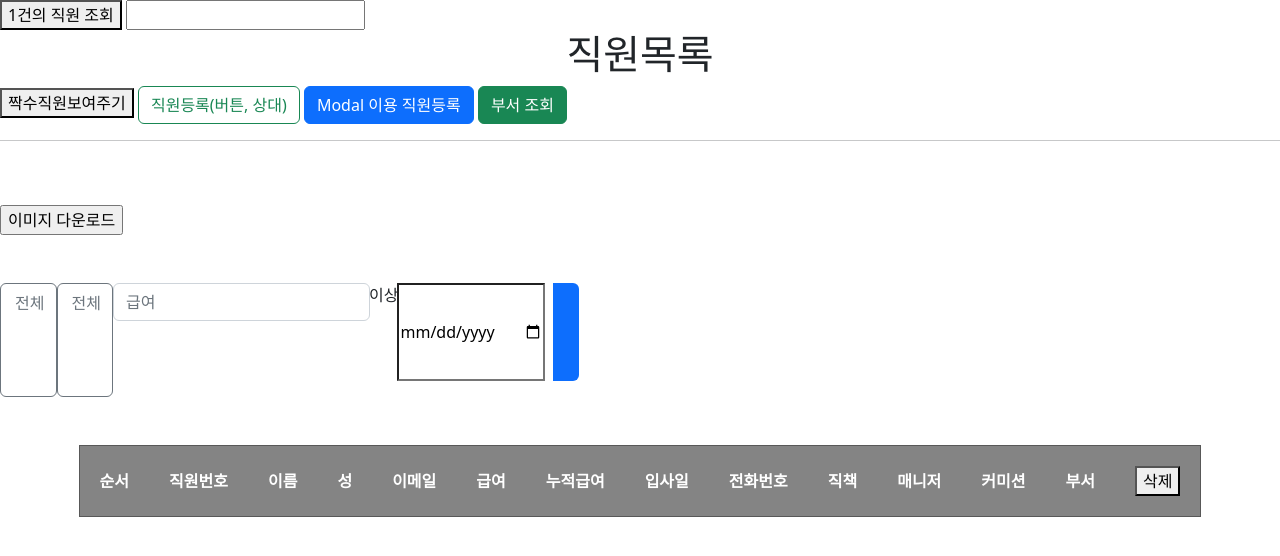
Repository: leessol/spring1
Page: http://localhost/springMVCProject/WEB-INF/views/emp/empSelect.jsp
The author's editor kept a copy of each file at every save. The page is drawn from the files as they stood at one save, then again after the next save.
The browser window is 1280 px wide. The pictures show the whole page.
The page is served by Tomcat 9. Nobody is signed in. Other server files are loaded and not shown. The template is opened directly, without the code that normally fills it, so the values that code supplies are empty.

Above is the page before, as saved 2023-05-10 05:32:03.

### springMVCProject/src/main/webapp/WEB-INF/views/emp/empSelect.jsp

<%@page import="com.shinhan.vo.EmpVO"%>
<%@page import="java.util.List"%>
<%@ page language="java" contentType="text/html; charset=UTF-8"
	pageEncoding="UTF-8"%>
<%@ taglib prefix="c" uri="http://java.sun.com/jsp/jstl/core"%>
<c:set var="path" value="${pageContext.request.contextPath }" />
<%@ taglib prefix="fmt" uri="http://java.sun.com/jsp/jstl/fmt"%>

<!-- 문자열 함수 라이브러리 사용하기 -->
<%@ taglib prefix="fn" uri="http://java.sun.com/jsp/jstl/functions"%>
<%
//자바를 다 없애야하는데 view에서 아래의 문법은 어쩔 수 없다.
//형변환 해야한다. 왜냐면 오르쪽은 그냥 object 타입이어서. (object(부모)에서 자식으로 강제 형변환)
//view이다 자바를 하면 안된다. --> 원래는 html만 있어야 한다.
//MVC1모델 servlet(controller)가 view를 안 거치고 바로 client에 뿌려주는 것이다. 이렇게 하면 안됨.
//List<EmpVO> empList = (List<EmpVO>) request.getAttribute("empAll");//request.setAttribute("empAll", emplist); 서블릿 페이지에서 세팅을 한것을 받는 것이다.
%>
<!DOCTYPE html>
<html>
<head>
<meta charset="UTF-8">
<title>Insert title here</title>

<%@ include file="../common/commonfiles.jsp"%>
<style>
#container {

}

table {
	border: 1px solid #585858;
	margin: 0 auto;
}

h1 {
	font-size: 20;
	text-align: center;
}

th, td {
	padding: 20px;
	text-align: center;
}

th {
	color: white;
}

td {
	background-color: #F2F2F2;
}

tr th {
	background-color: #848484;
}
</style>

<script>
	$(function() {
		$(".btnDel").on(
				"click",
				function() {
					console.log("Sss");
					location.href = "${path}/emp/empDelete.do?empid="
							+ $(this).attr("data-del"); //get 방식
				});
	});

	$(function() {
		$("thead tr th").click(function(e) {
			//내가 클릭한 th가 몇번째인가?
			var trNum = $(this).closest("th").prevAll().length;
			console.log(trNum);
			var a = $("tbody tr").each(function(index, item) {
				var col = $(item).find("td:nth-child(" + (trNum + 1) + ")");
				console.dir(col);
				//되돌리기(기존선택을 clear)
				$(item).find("td").css("background-color", "white");
				//신규선택의 색깔 바꾸기
				$(col).css("background-color", "orange");
			});
		});
	});

	$(function() {
		$("#my1").click(
				function() {
					$("tbody").each(
							function(index, item) {
								//$(item).css("background-color", "red");
								$(item).find("tr:nth-child(2n+1)").css(
										"background-color", "green");
								//$(item).find("td").css("background-color", "green");
							});

				});

		//#container > table > tbody > tr:nth-child(1) > td:nth-child(2)
	});
</script>
</head>
<body>
	<div id="container">

		<!-- restful 방식 연습 -->
		<button id="btn1">1건의 직원 조회</button>
		<input type="number" id="empid" />

		<h1>직원목록</h1>
		<!-- include 지시자: 합쳐서 컴파일한다. include 디렉티브는 소스를 합쳐서 컴파일한다.  -->
		<%-- <%@ include file="../common/header.jsp" %> --%>
		<!-- include action tag 이용: 컴파일하고 합침 -->

		<button id="my1">짝수직원보여주기</button>
		<button onclick="location.href='${path}/emp/empinsert.do'"
			type="button" class="btn btn-outline-success">직원등록(버튼, 상대)</button>
		<button type="button" class="btn btn-primary" data-bs-toggle="modal"
			data-bs-target="#exampleModal" data-bs-whatever="@mdo">Modal
			이용 직원등록</button>
		<button onclick="location.href='/dept/deptList.do'" type="button"
			class="btn btn-success">부서 조회</button>

		<hr>

		<form method="post" action="${path }/downloadTest/result.jsp">
			<!-- 이름이 가는 것이다.  -->
			<input type=hidden name="param1" value="watch.jpg" /> <br> <input
				type=hidden name="param2" value="umbrella.jpg" /> <br> <input
				type="submit" value="이미지 다운로드">
		</form>

		<div>
		<form class="form-inline justify-content-center my-5" >
				<div class="d-flex">
					<select id="deptid" multiple="multiple"
						class="btn btn-outline-secondary">
						<option value="">전체</option>
						<c:forEach items="${deptList}" var="dept" varStatus="status">
							<!-- 디비에 들어가는 것은 id값이 들어가야 하니깐 value에는 id로 한다.  -->
							<option value="${dept.department_id}">${status.count}.
								${dept.department_name}</option>
						</c:forEach>
					</select> <select id="jobid" multiple="multiple"
						class="btn btn-outline-secondary">
						<option value="">전체</option>
						<c:forEach items="${jobList}" var="job">
							<!-- 디비에 들어가는 것은 id값이 들어가야 하니깐 value에는 id로 한다.  -->
							<option value="${job.job_id}">${job.job_title}</option>
						</c:forEach>
					</select>
					<div class="input-group mb-3">
					<div class="col-xs-4">
						<input type="text" class="form-control " id="salary" placeholder="급여"/></div><span>이상</span>
						<input type="date" id="hireDate"  />
						<input class="btn my-2 my-sm-0 mx-2 bg-primary text-white" type="button" id="searchEmp" />
					</div>
				</div>


		</form>

		</div>
		<table>
			<thead>
				<tr>
					<th>순서</th>
					<th>직원번호</th>
					<th>이름</th>
					<th>성</th>
					<th>이메일</th>
					<th>급여</th>
					<th>누적급여</th>
					<th>입사일</th>
					<th>전화번호</th>
					<th>직책</th>
					<th>매니저</th>
					<th>커미션</th>
					<th>부서</th>
					<th><button>삭제</button></th>
				</tr>
			</thead>

			<tbody id="showList">

				<!--
						<향상된 forEach>
						--for(EmpVO emp: empAll) //이것이랑 같은 의미
				-->
				<c:set var="totalSalary" value="0"></c:set>
				<c:forEach items="${empAll}" var="emp" varStatus="status">
					<c:set var="totalSalary" value="${totalSalary+emp.salary}"></c:set>
					<tr>
						<td
							style="background-color:${status.first||status.last?'orange':'pink'};">${status.count}</td>
						<td><a
							href="${path}/emp/empDetail.do?empid=${emp.employee_id}">${emp.employee_id}</a></td>
						<td><a
							style="color:${fn:length(emp.first_name)>3?'red':'blue'};"
							href="${path}/emp/empDetail.do?empid=${emp.employee_id}">${emp.first_name}</a></td>
						<td>${emp.last_name}</td>
						<td>${emp.email}${fn:substring(emp.email,0,3)}**
							${fn:indexOf(emp.email,"@")}**
							${fn:indexOf(emp.email,"@")>=0?fn:substring(emp.email,0,3):emp.email}
							<%-- ${fn:substring(emp.email,0,${fn:emp.email.indexOf("@")>0?emp.email.indexOf("@"):emp.email.length()})} --%>
						</td>
						<td>${totalSalary}</td>
						<td><fmt:formatNumber value="${emp.salary}"
								groupingUsed="true"></fmt:formatNumber></td>
						<td><fmt:formatDate value="${emp.hire_date}"
								pattern="yyyy/MM/dd" /></td>

						<td>${emp.phone_number}</td>
						<td>${emp.job_id}</td>
						<td>${emp.manager_id}</td>
						<td>${emp.commission_pct}</td>
						<td><fmt:formatNumber type="percent"
								value="${emp.commission_pct}"></fmt:formatNumber></td>
						<td>${emp.department_id}</td>
						<td><button class="btnDel" data-del="${emp.employee_id}">삭제</button></td>
					</tr>

				</c:forEach>



			</tbody>
		</table>

	</div>
</body>
<script>
$(function(){
	$('#searchEmp').on('click',function(){
		console.log($('#deptid').val());
		$.ajax({
			url: "/emp/empCondition.do",
			method: "post",
			data: {"deptid":$('#deptid').val(),"jobid":$('#jobid').val(),"salary":$('#salary').val(),
				"hireDate":$('#hireDate').val()|| undefined
				},
			success: function(r){
				$('#showList').html(r);
			}
		});

	});
})
</script>
</html>

### springMVCProject/src/main/webapp/WEB-INF/views/common/commonfiles.jsp
<%@ page language="java" contentType="text/html; charset=UTF-8"
    pageEncoding="UTF-8"%>
<meta name="viewport" content="width=device-width, initial-scale=1">
<link
href="https://cdn.jsdelivr.net/npm/bootstrap@5.2.3/dist/css/bootstrap.min.css"
rel="stylesheet">
<script
src="https://cdn.jsdelivr.net/npm/bootstrap@5.2.3/dist/js/bootstrap.bundle.min.js"></script>
<script src="https://ajax.googleapis.com/ajax/libs/jquery/3.6.3/jquery.min.js"></script>

After the next save:
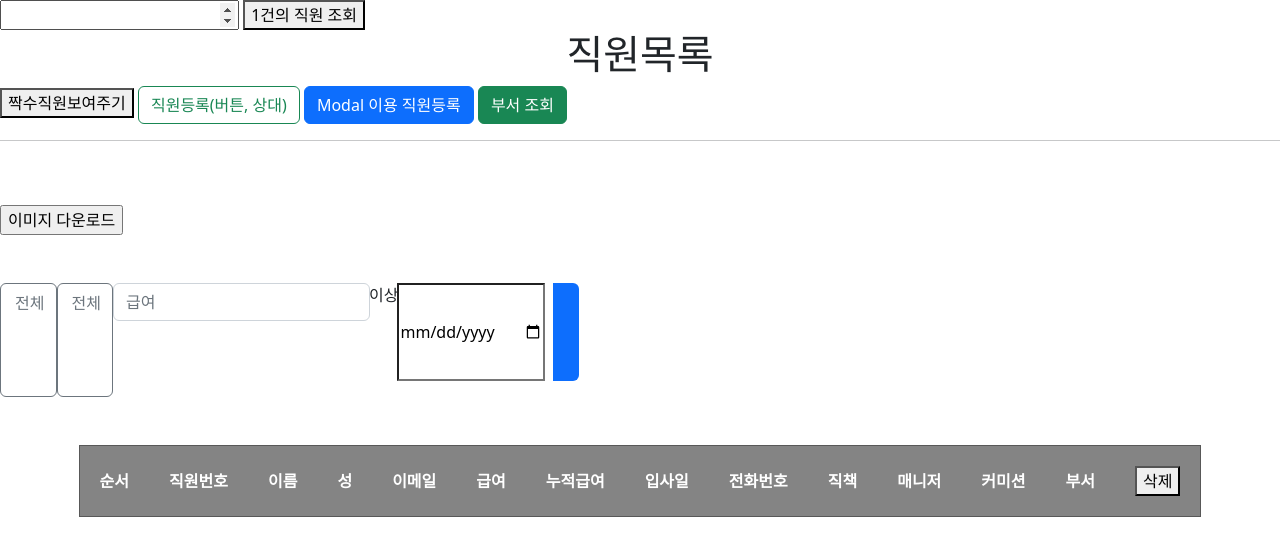
Saved 6 s later.
--- a/springMVCProject/src/main/webapp/WEB-INF/views/emp/empSelect.jsp
+++ b/springMVCProject/src/main/webapp/WEB-INF/views/emp/empSelect.jsp
@@ -104,8 +104,9 @@ tr th {
 	<div id="container">
 
 		<!-- restful 방식 연습 -->
+		<input type="number" id="empid" />
 		<button id="btn1">1건의 직원 조회</button>
-		<input type="number" id="empid" />
+
 
 		<h1>직원목록</h1>
 		<!-- include 지시자: 합쳐서 컴파일한다. include 디렉티브는 소스를 합쳐서 컴파일한다.  -->
